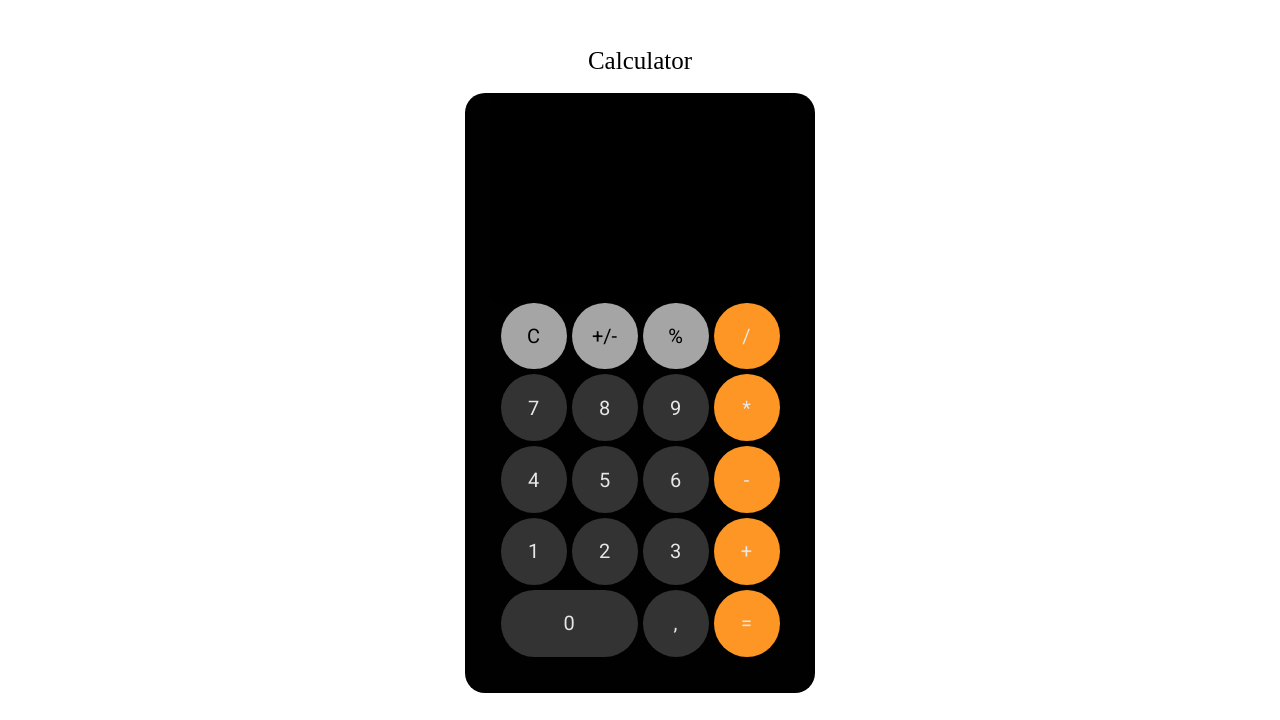
Repository: Gibon9/SimpleCalc
Page: index.html
The author's editor kept a copy of each file at every save. The page is drawn from the files as they stood at one save, then again after the next save.
The browser window is 1280 px wide. The pictures show the whole page.
The pointer rests on the first visible `.calc-button`.
Some web fonts or font styles are not loaded; a fallback is used.

Above is the page before, as saved 2020-11-27 19:49:59.

After the next save:
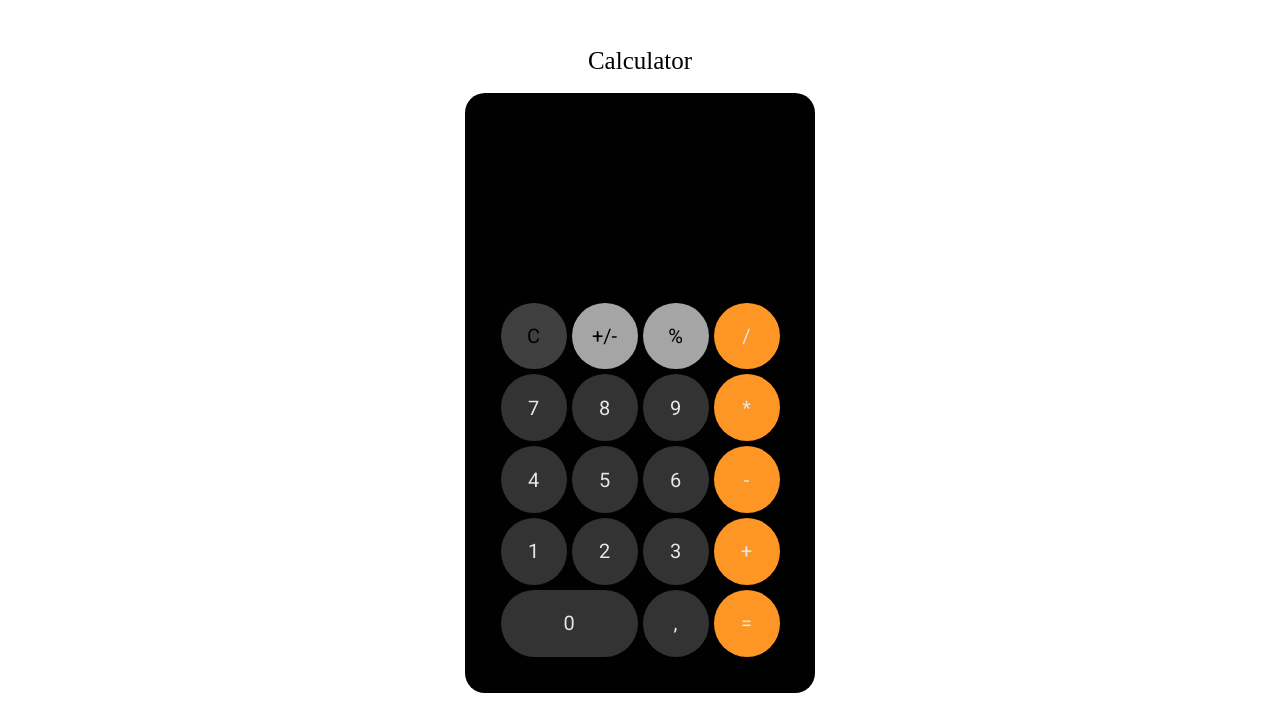
Saved 2 min 24 s later.
--- a/style/style.css
+++ b/style/style.css
@@ -68,6 +68,10 @@
   background-color: var(--secondary-color);
   border-radius: 50%;
   border: none;
+}
+
+.calc-button:hover {
+  background-color: #3f3f3f;
 }
 
 .calc-button-operation {
